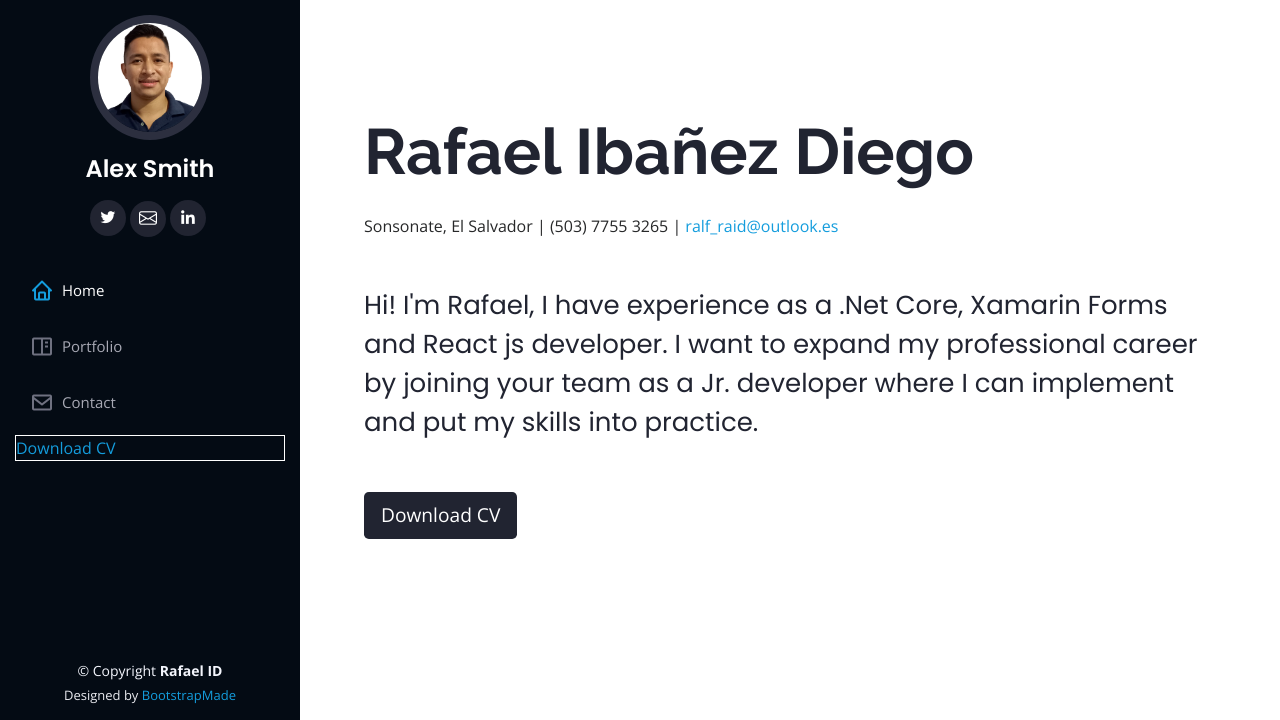
Repository: ralfId/myportfolio
Page: /about
The author's editor kept a copy of each file at every save. The page is drawn from the files as they stood at one save, then again after the next save.
The browser window is 1280 px wide. The pictures show the whole page.
The project was rebuilt for these pictures with package versions that can differ from the ones it lists, and the page was loaded fresh each time. Also part of the build but not shown: src/data/projects.js, src/components/Projects/ProjectItem.js, src/components/Projects/ProjectIndex.js, src/helpers/ProjectById.js, src/components/Projects/ProjectDetail.js.

Above is the page before, as saved 2021-09-20 16:39:14.

After the next save:
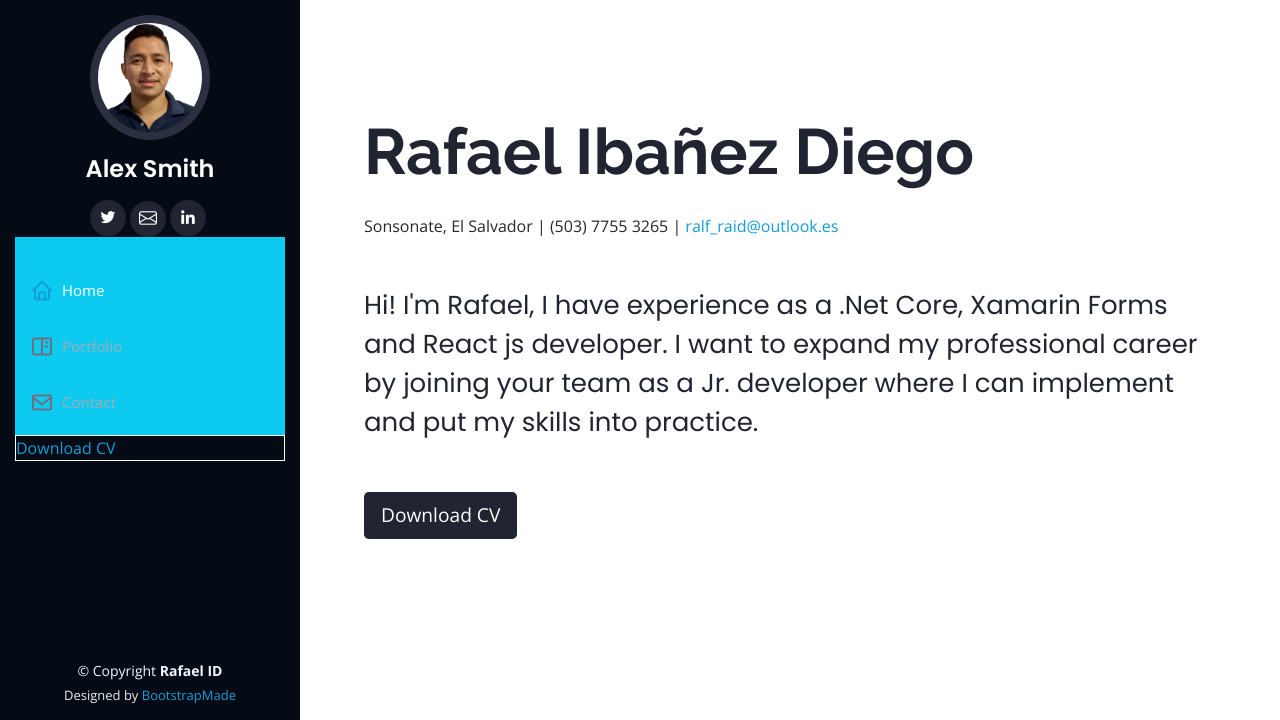
Saved 29 s later.
--- a/src/components/Nav.js
+++ b/src/components/Nav.js
@@ -31,7 +31,7 @@
             </div>
           </div>
 
-          <nav id="navbar" className="nav-menu navbar">
+          <nav id="navbar" className="nav-menu navbar bg-info">
             <ul>
               <li><Link to="/index" className="nav-link scrollto active"><i className="bx bx-home"></i> <span>Home</span></Link></li>
               {/* <li><Link to="/about" className="nav-link scrollto"><i className="bx bx-user"></i> <span>About</span></Link></li> */}

After the save that followed:
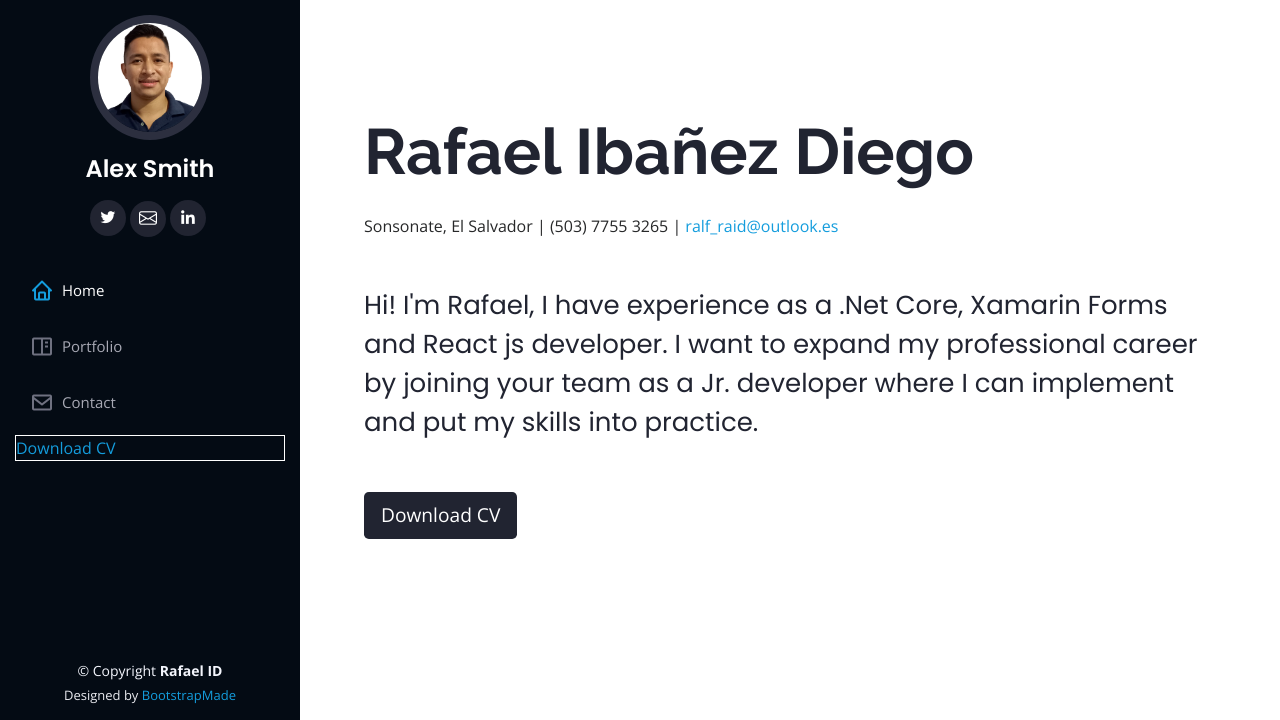
Saved 20 s later.
--- a/src/components/Nav.js
+++ b/src/components/Nav.js
@@ -31,7 +31,7 @@
             </div>
           </div>
 
-          <nav id="navbar" className="nav-menu navbar bg-info">
+          <nav id="navbar" className="nav-menu navbar">
             <ul>
               <li><Link to="/index" className="nav-link scrollto active"><i className="bx bx-home"></i> <span>Home</span></Link></li>
               {/* <li><Link to="/about" className="nav-link scrollto"><i className="bx bx-user"></i> <span>About</span></Link></li> */}
@@ -40,13 +40,14 @@
             </ul>
           </nav>
 
-          <div className="border border-white">
+
+
+        </div>
+        <div className="border border-white">
           <a href="https://drive.google.com/file/d/1vJaF_GdrEpqvxunoCtHR6NM8FIdySfaQ/view?usp=sharing"  target="_blank" rel="noreferrer">
                             Download CV
                         </a>
           </div>
-
-        </div>
       </header>
 
     </>
